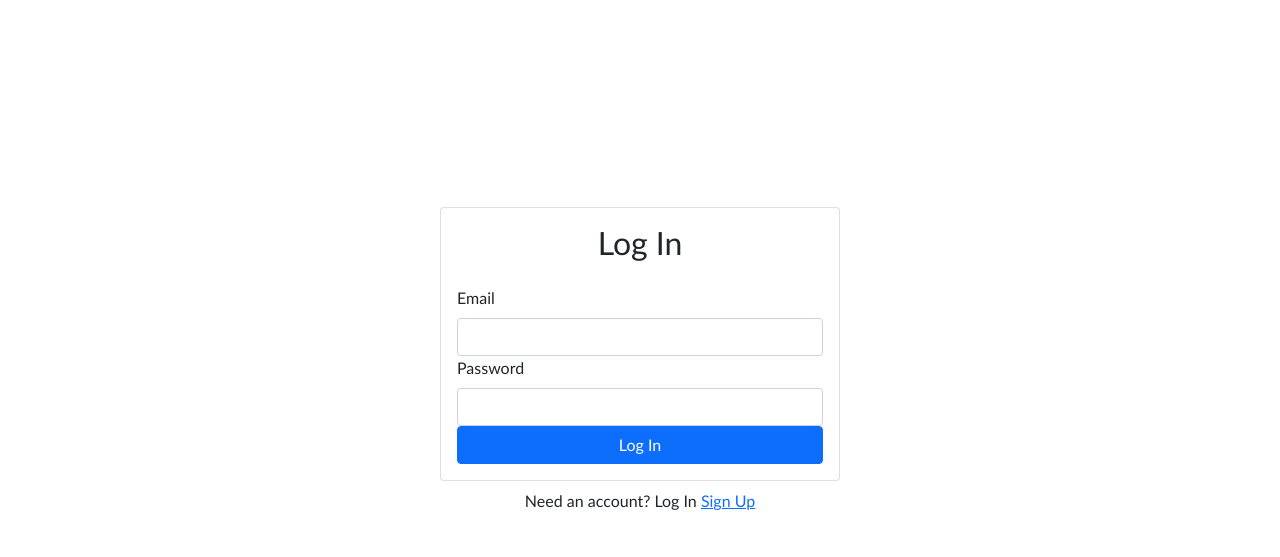
Repository: patrik-fredlund/freshkeeper-repo
Page: /login
An editor plug-in stored every save of this project. The page is shown before and after the next save, followed by the edit.
The browser window is 1280 px wide. The pictures show the whole page.
The project was rebuilt for these pictures with package versions that can differ from the ones it lists, and the page was loaded fresh each time. Also part of the build but not shown: src/components/Signup.js, src/components/Dashboard.js, src/components/PrivateRoute.js.

Above is the page before, as saved 2021-10-05 16:36:47.

After the next save:
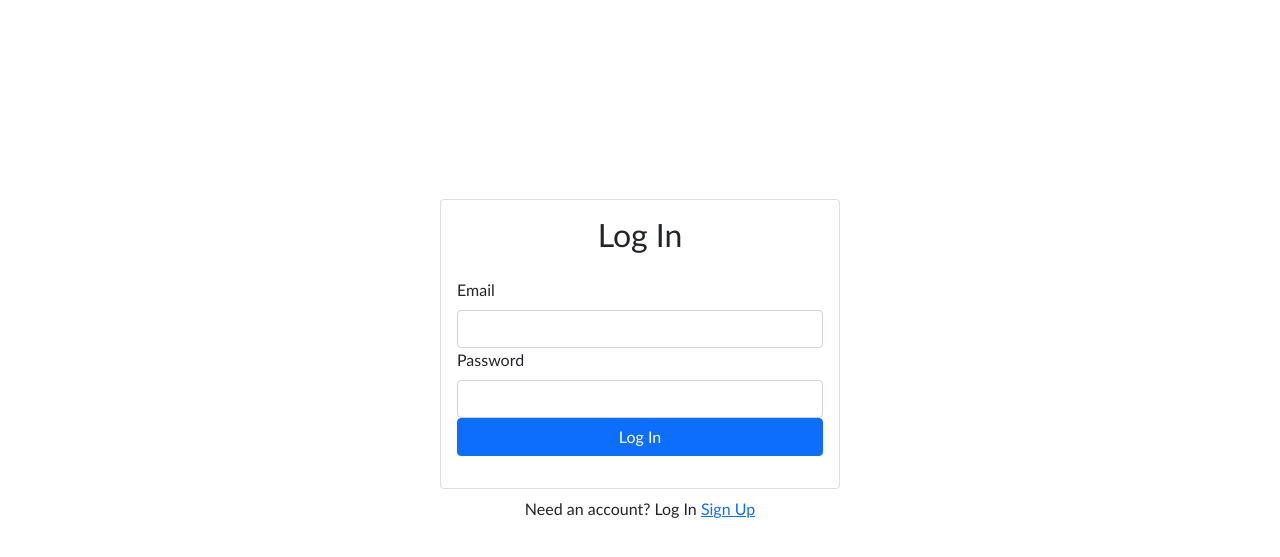
Saved 7 min 28 s later.
--- a/src/components/Login.js
+++ b/src/components/Login.js
@@ -45,6 +45,7 @@ export default function Login() {
               Log In
             </Button>
           </Form>
+          <div className='w-100 text-center mt-3'></div>
         </Card.Body>
       </Card>
       <div className='w-100 text-center mt-2'>
